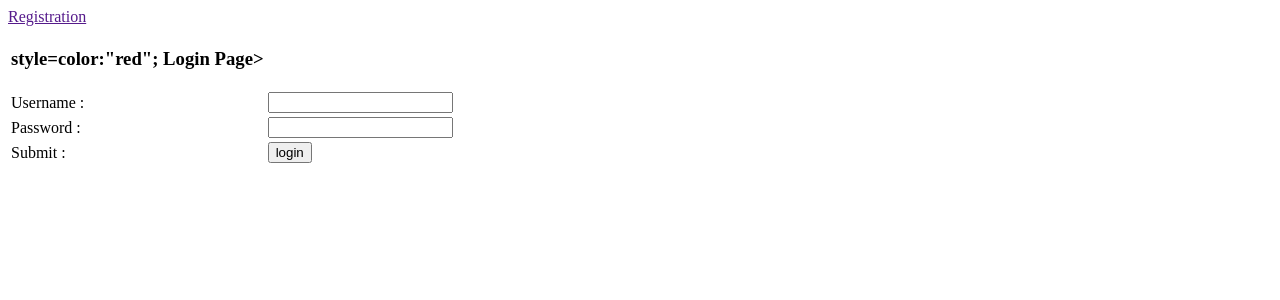
Repository: priyagund/jspServlet
Page: http://localhost/MyFirstLogin/login.jsp
The author's editor kept a copy of each file at every save. The page is drawn from the files as they stood at one save, then again after the next save.
The browser window is 1280 px wide. The pictures show the whole page.
The page is served by Tomcat 9. Other server files are loaded and not shown.

Above is the page before, as saved 2019-10-10 05:39:03.

### MyFirstLogin/WebContent/login.jsp
<%@ page language="java" contentType="text/html; charset=UTF-8"
    pageEncoding="UTF-8"%>
<!DOCTYPE html>
<html>
<head>
<meta charset="UTF-8">
<title>Insert title here</title>
</head>
<body>
<form action "login" method "post">
<table>
<tr>
<td><h3> style=color:"red"; Login Page></h3>

</td>
</tr>
<style background color:skyblue; margin-left=20px;margin-left=20px";></style>
<tr><td>Username : </td><td><input type="text" name="name"></td></tr>
<tr><td>Password :  </td><td><input type="password" name="password"></td></tr>
<tr><td>Submit :</td><td><input type ="submit" name="submit" value="login"></td><a href "register.jsp">Registration</a></tr>
</table>

</form>
</body>
</html>

After the next save:
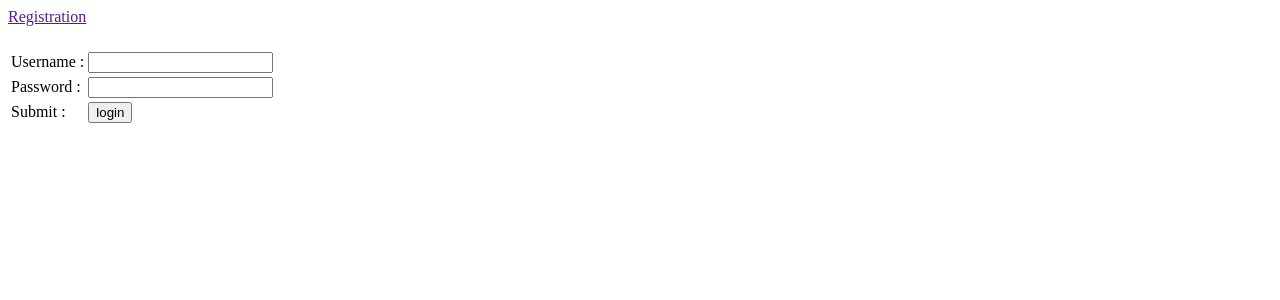
Saved 5 min 0 s later.
--- a/MyFirstLogin/WebContent/login.jsp
+++ b/MyFirstLogin/WebContent/login.jsp
@@ -7,14 +7,14 @@
 <title>Insert title here</title>
 </head>
 <body>
-<form action "login" method "post">
+<form action "loginRegister" method "post">
 <table>
 <tr>
-<td><h3> style=color:"red"; Login Page></h3>
+<td><h3 style="color:red"; Login Page></h3>
 
 </td>
 </tr>
-<style background color:skyblue; margin-left=20px;margin-left=20px";></style>
+<style= "background color:skyblue; margin-left=20px; margin-left=20px";></style>
 <tr><td>Username : </td><td><input type="text" name="name"></td></tr>
 <tr><td>Password :  </td><td><input type="password" name="password"></td></tr>
 <tr><td>Submit :</td><td><input type ="submit" name="submit" value="login"></td><a href "register.jsp">Registration</a></tr>
